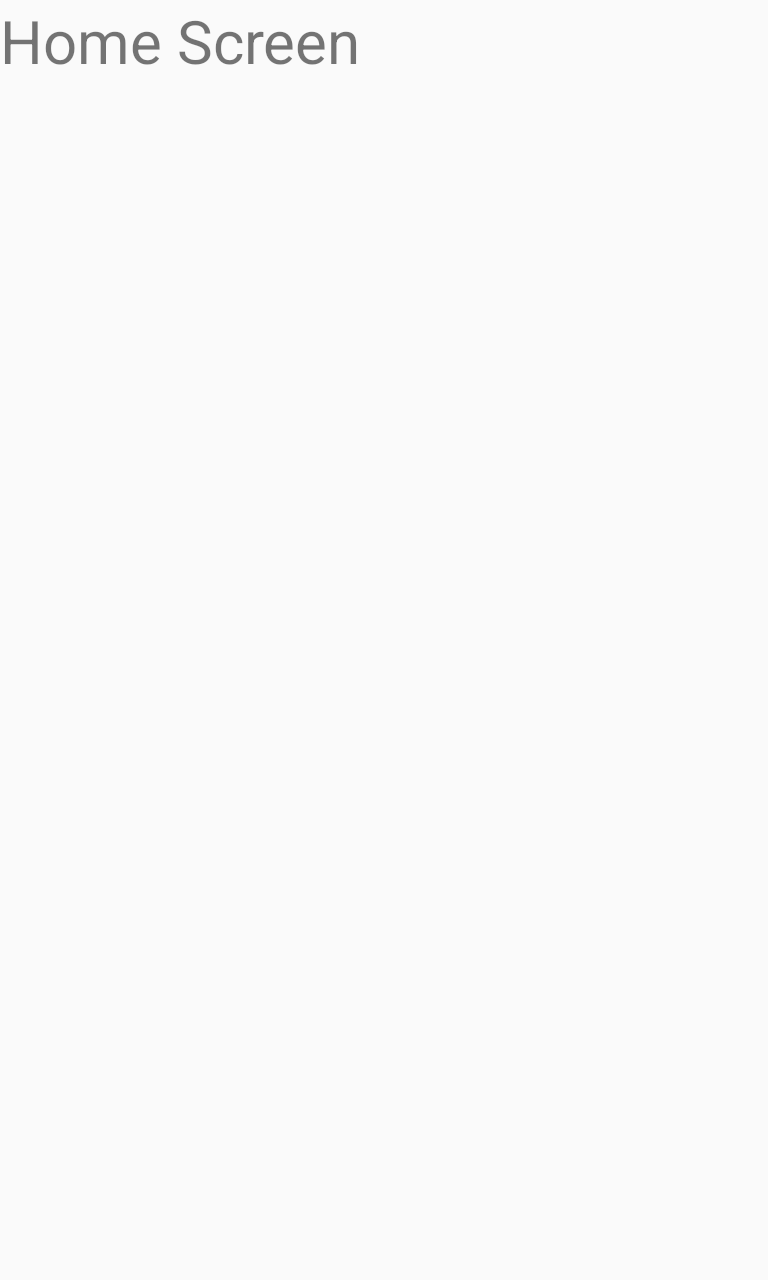
Repository: AlvaroCortez/Assigment1
Layout: SplashScreen/res/layout/activity_demo.xml
An editor plug-in stored every save of this project. The layout is shown before and after the next save, followed by the edit.
It is drawn on a 768 x 1280 px phone screen (xhdpi) without system bars, with theme AppTheme; the app's code is not run. Lists and similar views that code fills are empty.

Above is the layout before, as saved 2014-04-28 15:17:56.

### SplashScreen/res/layout/activity_demo.xml
<?xml version="1.0" encoding="utf-8"?>
<LinearLayout xmlns:android="http://schemas.android.com/apk/res/android"
    android:layout_width="fill_parent"
    android:layout_height="fill_parent"
    android:orientation="vertical" >

    <TextView
        android:layout_width="wrap_content"
        android:layout_height="wrap_content"
        android:gravity="center_horizontal"
        android:text="@string/demo_message"
        android:textSize="30sp" />

    <ListView
    android:id="@+id/listView1"
    android:layout_width="match_parent"
    android:layout_height="0dp"
        android:layout_weight="1" >
</ListView>
 <ListView
        android:id="@android:id/list"
        android:layout_width="wrap_content"
        android:layout_height="wrap_content"/>

</LinearLayout>

### SplashScreen/res/values/strings.xml
<?xml version="1.0" encoding="utf-8"?>
<resources>
    <string name="app_name">SplashScreen</string>
    <string name="hello_world">Hello world!</string>
    <string name="menu_settings">Settings</string>
    <string name="title_activity_main">MainActivity</string>
    <string name="action_settings">MainActivity</string>
    <string name="title_activity_demo">Splash Screen</string>
    <string name="splash_message">Welcome to Splash Screen</string>
    <string name="demo_message">Home Screen</string>
</resources>

Loaded but not shown: SplashScreen/res/values/styles.xml (common file); SplashScreen/res/values-v11/styles.xml (common file); SplashScreen/res/values-v14/styles.xml (common file)

After the next save:
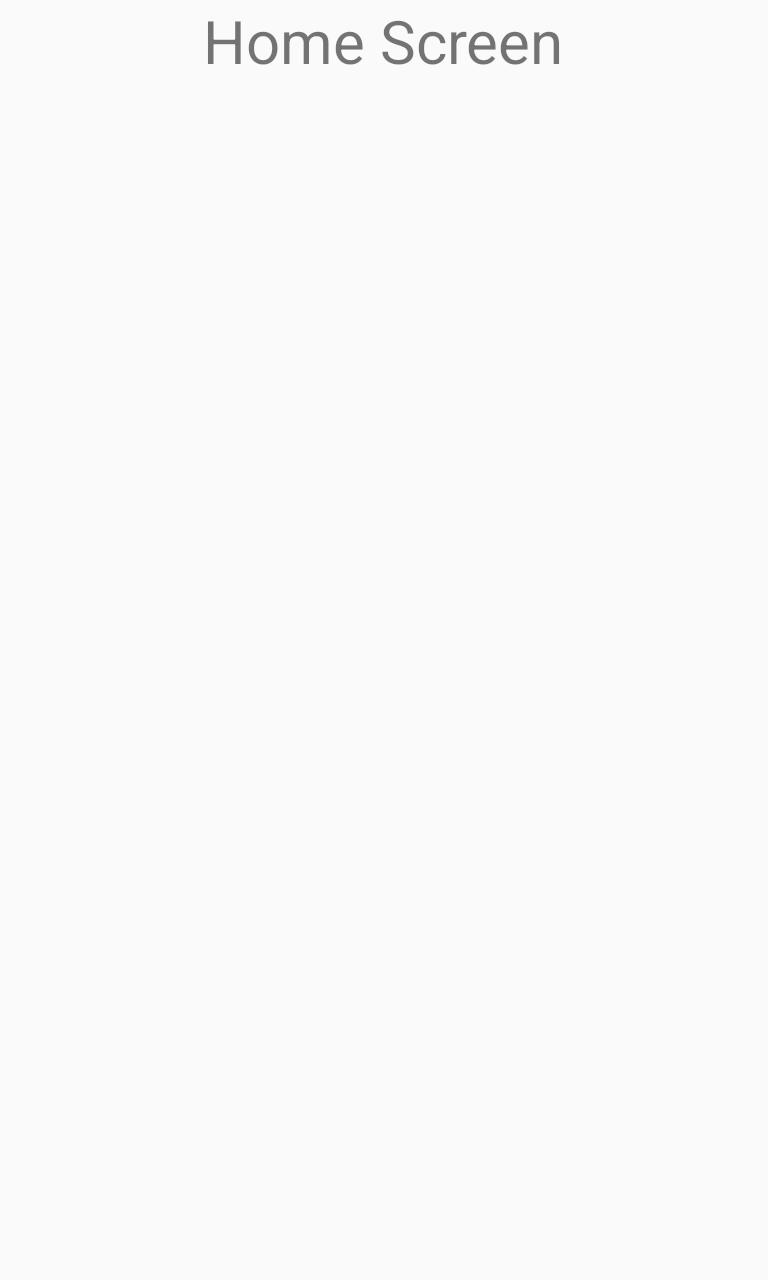
Saved 2 min 46 s later.
--- a/SplashScreen/res/layout/activity_demo.xml
+++ b/SplashScreen/res/layout/activity_demo.xml
@@ -8,6 +8,7 @@
         android:layout_width="wrap_content"
         android:layout_height="wrap_content"
         android:gravity="center_horizontal"
+        android:layout_gravity="center"
         android:text="@string/demo_message"
         android:textSize="30sp" />
 
